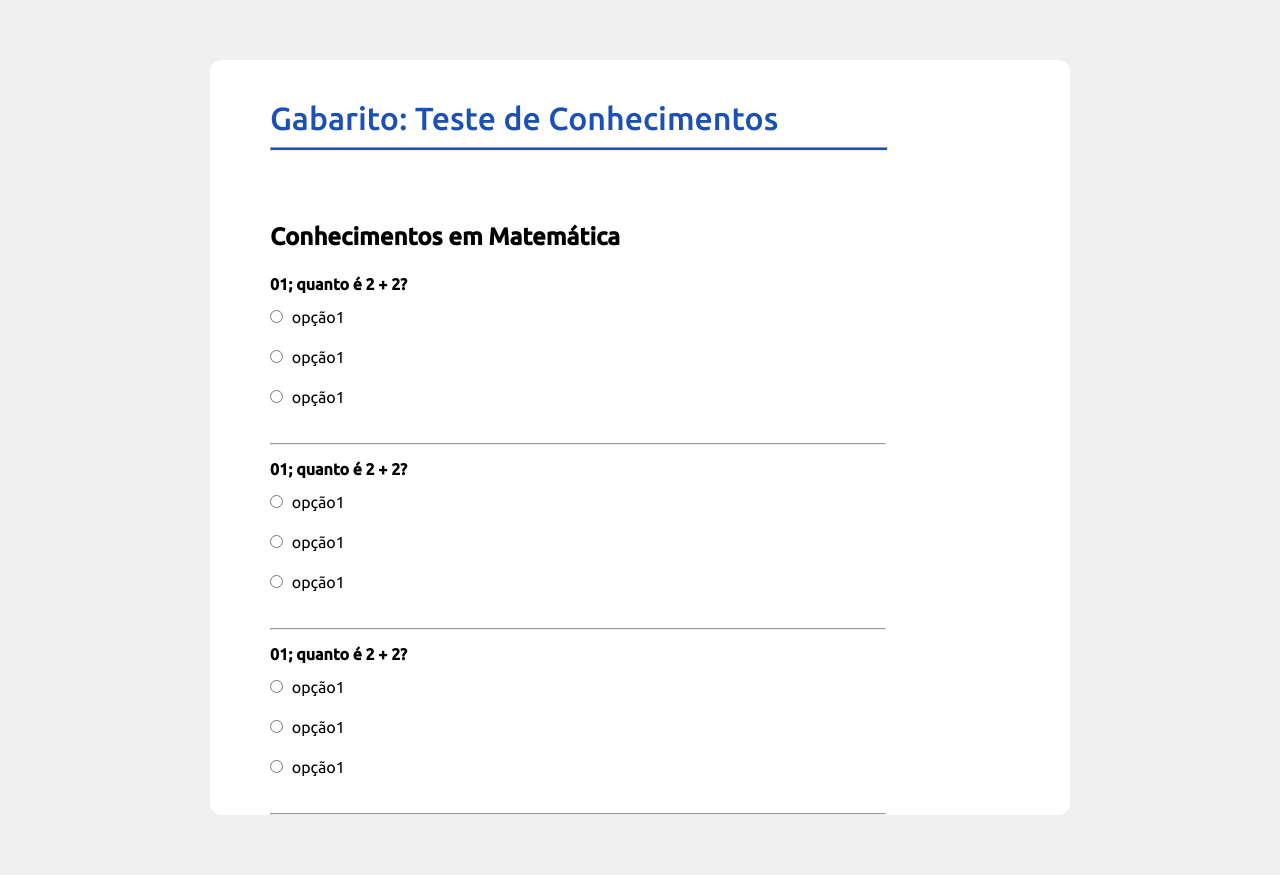
Repository: Delei09/desafioPerguntas
Page: / (app in frontend/)
The author's editor kept a copy of each file at every save. The page is drawn from the files as they stood at one save, then again after the next save.
The browser window is 1280 px wide. The pictures show the whole page.
The project was rebuilt for these pictures with package versions that can differ from the ones it lists, and the page was loaded fresh each time.

Above is the page before, as saved 2021-08-18 10:55:39.

### frontend/public/index.html
<!DOCTYPE html>
<html lang="Pt-Br">
  <head>
    <meta charset="utf-8" />
    <meta name="viewport" content="width=device-width, initial-scale=1" />
    <meta name="theme-color" content="#000000" />
    <link rel="preconnect" href="https://fonts.googleapis.com">
    <link rel="preconnect" href="https://fonts.gstatic.com" crossorigin>
    <link href="https://fonts.googleapis.com/css2?family=Ubuntu:wght@400;500&display=swap" rel="stylesheet">

    <title>Desafio Inatel</title>
  </head>
  <body>
    <noscript>You need to enable JavaScript to run this app.</noscript>
    <div id="root"></div>
  </body>
</html>

### frontend/src/index.tsx
import React from 'react';
import ReactDOM from 'react-dom';
import App from './App';
import './styles/global.scss'

ReactDOM.render(
  <React.StrictMode>
    <App />
  </React.StrictMode>,
  document.getElementById('root')
);

### frontend/src/App.tsx
import React, { createContext} from 'react';
import Rotas from './Rotas';

const perguntas = [  {
  pergunta: 'Como importamos um componente externo?',
  options: [
    "opcao ",
    "opcao2",
    "opcao3",
  ],
  resposta: "opcao3",
  id: 'p2',
},{
  pergunta: 'Como importamos um componente externo?',
  options: [
    "opcao ",
    "opcao2",
    "opcao3",
  ],
  resposta: "opcao3",
  id: 'p2',
},{
  pergunta: 'Como importamos um componente externo?',
  options: [
    "opcao ",
    "opcao2",
    "opcao3",
  ],
  resposta: "opcao3",
  id: 'p2',
},{
  pergunta: 'Como importamos um componente externo?',
  options: [
    "opcao ",
    "opcao2",
    "opcao3",
  ],
  resposta: "opcao3",
  id: 'p2',
}]

type perguntasType = Array<object>
export const ContextPerguntas   = createContext<perguntasType>([])

function App() {

  return (
    <div className="App">
      <ContextPerguntas.Provider  value = {perguntas} >
        <Rotas />
      </ContextPerguntas.Provider>
    </div>
  );
}

export default App;

### frontend/src/styles/global.scss
*{
 margin:0;
 padding:0;
 box-sizing: border-box;
 text-decoration: none;
}
body{
 font-family: 'Ubuntu', sans-serif;
 background: #F0F0F0;

}
.App{
 padding-left: 60px ;
 padding-top: 40px;
 background: #FFFFFF;
 max-width: 860px;
 height: 100%;
 min-height: 500px;
 border-radius: 12px;
 margin:60px auto;
}

### frontend/src/Rotas.tsx
import React from 'react';
import Home from './page/Home';


const Rotas = () => {

 return(
  <Home />
 )
} ;

export default Rotas;

### frontend/src/page/Home.tsx
import React , {useContext}from 'react';
import Header from '../components/Header'
import Main  from '../components/Main';
import {ContextPerguntas} from '../App'

const Home : React.FC= () => {

const perguntasContexto = useContext(ContextPerguntas)

 return(
<>
   <Header titulo = 'Gabarito: Teste de Conhecimentos' />
   <Main titulo = 'Conhecimentos em Matemática'>
         {console.log(perguntasContexto)}
         <h4>01; quanto é 2 + 2?</h4>
         <div className = 'mainOpcao'>
          <label>  <input type="radio" name="OPCAO" value="op1" /> opção1  </label>
          <label>  <input type="radio" name="OPCAO" value="op1" /> opção1  </label>
          <label>  <input type="radio" name="OPCAO" value="op1" /> opção1  </label>
         </div>
         <hr/>

         <h4>01; quanto é 2 + 2?</h4>
         <div className = 'mainOpcao'>
          <label>  <input type="radio" name="OPCAO" value="op1" /> opção1  </label>
          <label>  <input type="radio" name="OPCAO" value="op1" /> opção1  </label>
          <label>  <input type="radio" name="OPCAO" value="op1" /> opção1  </label>
         </div>
         <hr/>

         <h4>01; quanto é 2 + 2?</h4>
         <div className = 'mainOpcao'>
          <label>  <input type="radio" name="OPCAO" value="op1" /> opção1  </label>
          <label>  <input type="radio" name="OPCAO" value="op1" /> opção1  </label>
          <label>  <input type="radio" name="OPCAO" value="op1" /> opção1  </label>
         </div>
         <hr/>
   </Main>
</>
 )
}

export default Home

### frontend/src/components/Header.tsx
import React from 'react';
import '../styles/header.scss'


type headerType = {
 titulo: string;
}


const Header = (props : headerType) => {

 return(
  <header className="headerApp">
   {props.titulo}
   <hr className="headerLinha"/>
  </header>
 )
} ;

export default Header

### frontend/src/components/Main.tsx
import React from 'react';
import '../styles/main.scss'

type mainType = {
 titulo : string
}


const Main: React.FC<mainType> = ({...props}) => {

 return(
  <main>
       <h2>{props.titulo}</h2>
       <div>
          {props.children}
       </div>

  </main>
 )
} ;

export  default Main;

### frontend/src/styles/header.scss
.headerApp{
 color: #1B50B6;
 font-size: 32px;
 font-style: normal;
 font-weight: 500;
 line-height: 37px;
 letter-spacing: 0em;
 text-align: left;
 width:100%;
 max-width: 618px;

 hr{
  margin-top:10px ;
  background: #1B50B6;
  height: 4px;
  width: 618px;
 }
}

### frontend/src/styles/main.scss
main{
 display : flex;
 flex-direction: column;
 gap : 24px;

  >div{
   display : flex;
   flex-direction: column;
   gap : 15px;
  }

 hr{
  background: #C4C4C4;
  height: 1px;
  max-width: 616px;
  margin-top: 22px;
 }
 h2{
  margin-top:72px
 }

}

.mainOpcao{
 display : flex;
 flex-direction: column;
 gap : 22px;
 input{
  margin-right: 5px;
 }
}

After the next save:
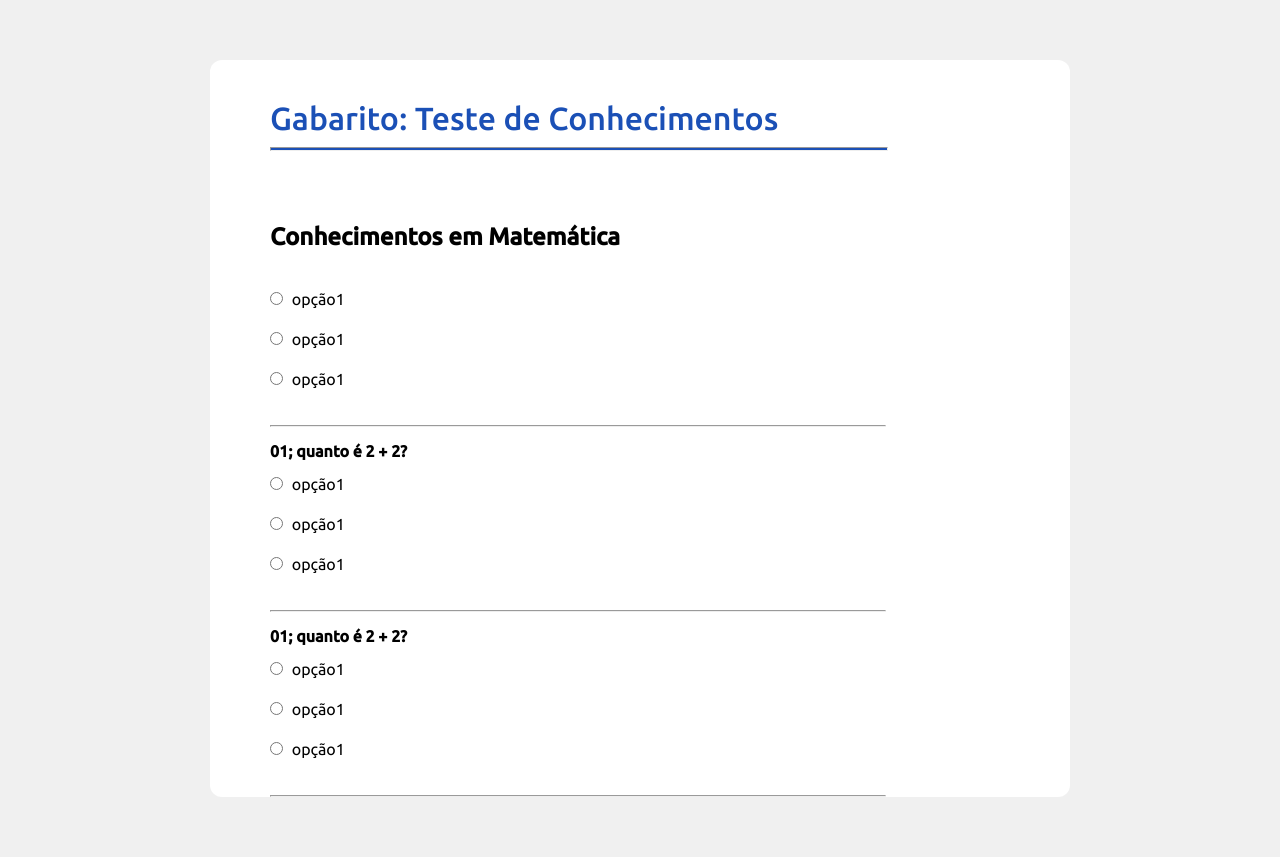
Saved 46 s later.
--- a/frontend/src/page/Home.tsx
+++ b/frontend/src/page/Home.tsx
@@ -5,14 +5,26 @@ import {ContextPerguntas} from '../App'
 
 const Home : React.FC= () => {
 
-const perguntasContexto = useContext(ContextPerguntas)
+   type perguntasT = {
+      pergunta : string,
+      options : [string] ,
+      resposta : string ,
+      id : string,
+    }
+
+const perguntasContexto = useContext<[perguntasT]>(ContextPerguntas)
 
  return(
 <>
    <Header titulo = 'Gabarito: Teste de Conhecimentos' />
    <Main titulo = 'Conhecimentos em Matemática'>
+
+         {perguntasContexto.map( questao => {
+               <h1>{questao.pergunta}</h1>
+         }  )}
+
          {console.log(perguntasContexto)}
-         <h4>01; quanto é 2 + 2?</h4>
+         <h4>{}</h4>
          <div className = 'mainOpcao'>
           <label>  <input type="radio" name="OPCAO" value="op1" /> opção1  </label>
           <label>  <input type="radio" name="OPCAO" value="op1" /> opção1  </label>
